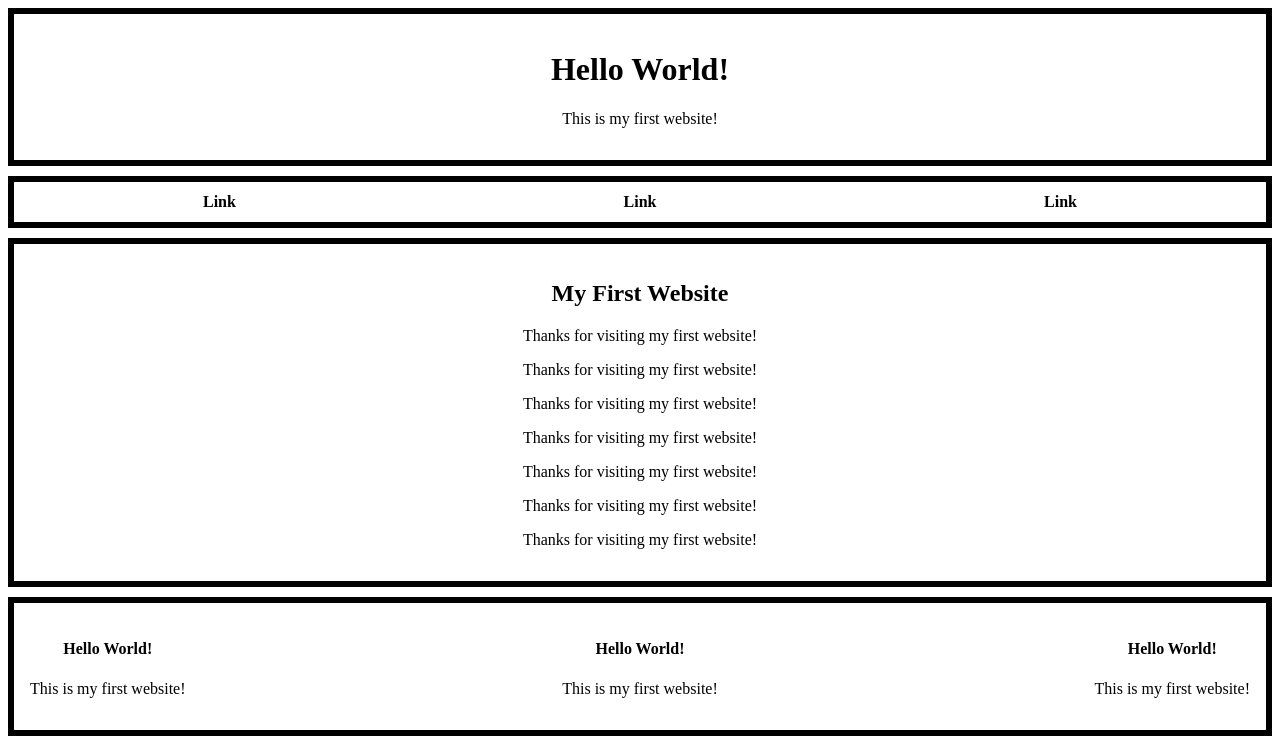
Repository: Brittany-Westlund/WebDesign
Page: Assignment1/index.html
The author's editor kept a copy of each file at every save. The page is drawn from the files as they stood at one save, then again after the next save.
The browser window is 1280 px wide. The pictures show the whole page.

Above is the page before, as saved 2025-05-14 22:48:17.

### Assignment1/index.html
<!DOCTYPE html>
<html>
    <head>
        <!-- Define the character set used: -->
        <meta charset="UTF-8">
        <!-- Provide a description of your page: -->
        <meta name="description" content="A short description...">
        <!-- Provide the author information for the page: -->
        <meta name="author" content="Your Name">
        <style>
            #header {
                border: 5pt solid black;
                padding: 1em;
                text-align: center;
                margin-bottom: 10px;
            }

            #nav {
                display: flex;
                justify-content: space-between;
                gap: 1em;
                border: 5pt solid black;
                padding: 0.2em;
                margin-bottom: 10px;

            }

            #nav h4 {
                margin: 0 auto;
                flex: 1; /* optional: makes them grow evenly */
                text-align: center;
                padding: 0.5em;
            }

            .content1 {
                border: 5pt solid black;
                padding: 1em;
                text-align: center;
                margin-bottom: 10px;
            }

            .content2 {
                display: flex;
                justify-content: space-between;
                gap: 1em;
                border: 5pt solid black;
                padding: 1em;
                text-align: center;
                margin-bottom: 10px;
            }
            .content2 h4 p {
                margin: 0 auto;
                flex: 1; /* optional: makes them grow evenly */
                text-align: center;
                padding: 0.5em;
            }
        </style>
    </head>
    <body>

        <!-- Header -->
        <div ID="header">
            <h1>Hello World!</h1>
            <p>This is my first website!</p>
        </div>

        <!-- Nav -->
        <div ID="nav">
            <h4>Link</h4>
            <h4>Link</h4>
            <h4>Link</h4>
        </div>

        <!-- Block -->
        <div class="content1">
            <h2>My First Website</h2>
            <p>Thanks for visiting my first website!</p>
            <p>Thanks for visiting my first website!</p>
            <p>Thanks for visiting my first website!</p>
            <p>Thanks for visiting my first website!</p>
            <p>Thanks for visiting my first website!</p>
            <p>Thanks for visiting my first website!</p>
            <p>Thanks for visiting my first website!</p>
        </div>

        <!-- Block -->
        <div class="content2">
            <div>
                <h4>Hello World!</h4>
                <p>This is my first website!</p>
            </div>
            <div>
                <h4>Hello World!</h4>
                <p>This is my first website!</p>
            </div>
            <div>
                <h4>Hello World!</h4>
                <p>This is my first website!</p>
            </div>
        </div>
    </body>
</html>

After the next save:
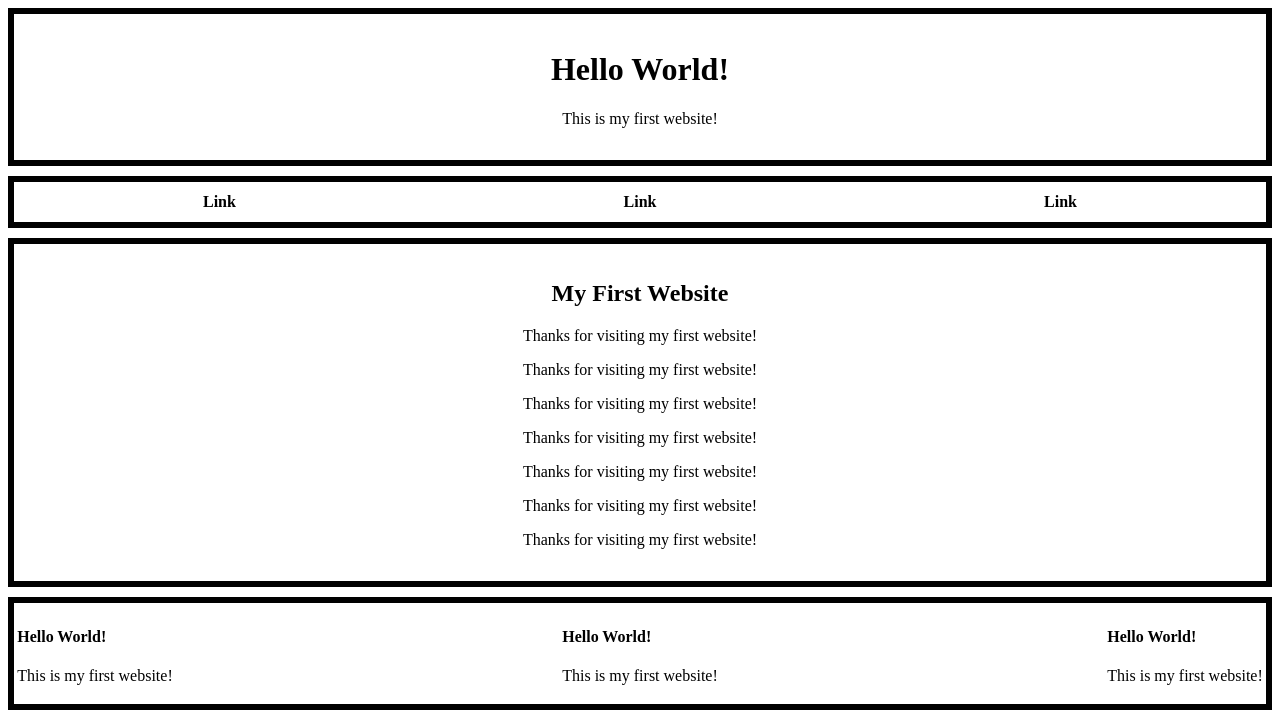
Saved 46 s later.
--- a/Assignment1/index.html
+++ b/Assignment1/index.html
@@ -44,10 +44,10 @@
                 justify-content: space-between;
                 gap: 1em;
                 border: 5pt solid black;
-                padding: 1em;
-                text-align: center;
+                padding: 0.2em;
                 margin-bottom: 10px;
             }
+
             .content2 h4 p {
                 margin: 0 auto;
                 flex: 1; /* optional: makes them grow evenly */
